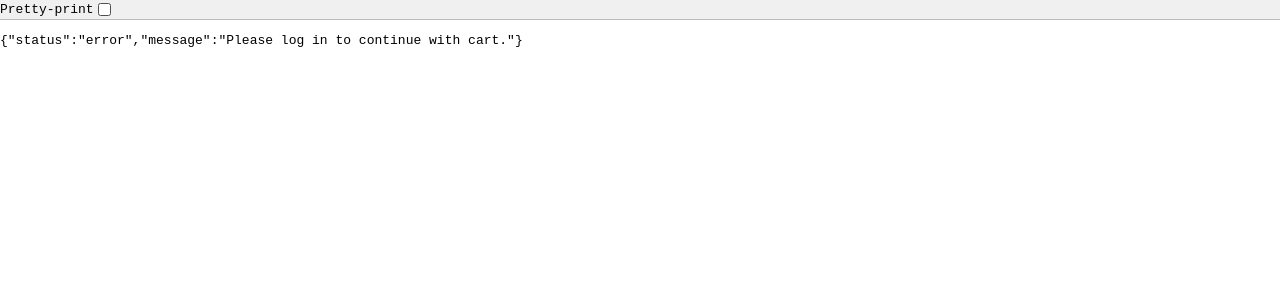
Repository: shrewd-baddest/YOGOBLAST_SERVER-SIDE
Page: http://localhost/Acct.php
An editor plug-in stored every save of this project. The page is shown before and after a run of saves, followed by the edit.
The browser window is 1280 px wide. The pictures show the whole page.
The page is run by PHP 8.4 with error messages shown; the project is at /var/www/html/.

Above is the page before, as saved 2025-06-01 11:45:04.

After the next 2 saves:
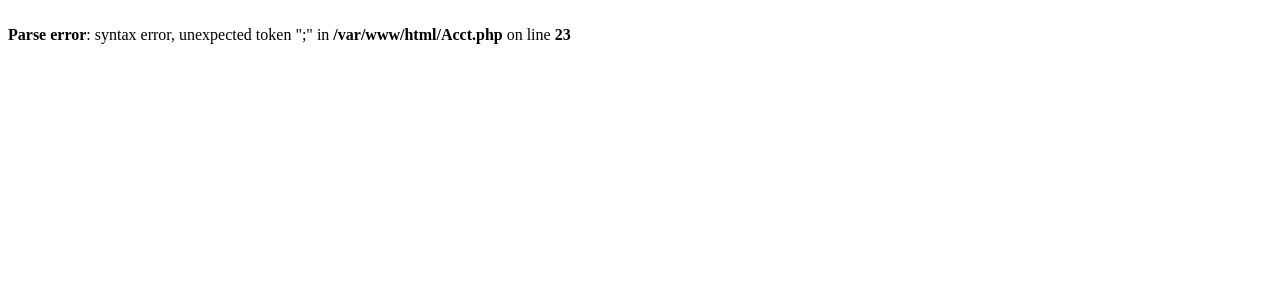
The 2 saves are shown as one change because they came seconds apart.
The last was saved 9 s later.
--- a/Acct.php
+++ b/Acct.php
@@ -18,6 +18,6 @@
     echo json_encode(["status" => "error", "message" => "Please log in to continue with cart."]);
     exit;
 }
-
+$sql=
 
 ?>

After the save that followed:
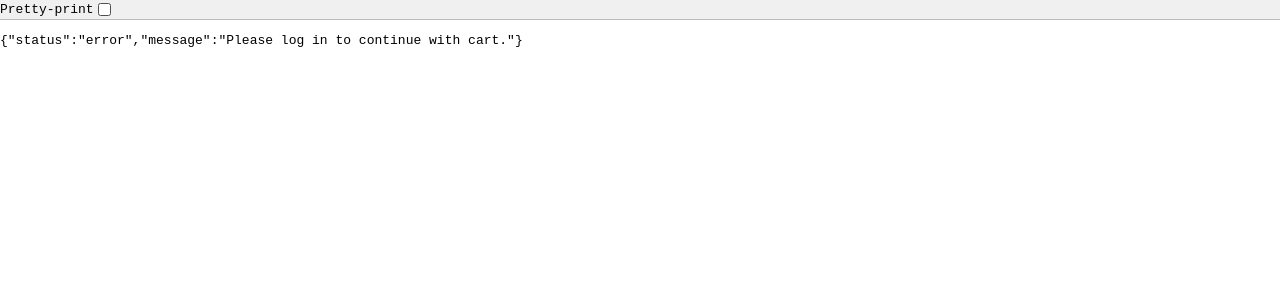
Saved 5 s later.
--- a/Acct.php
+++ b/Acct.php
@@ -18,6 +18,6 @@
     echo json_encode(["status" => "error", "message" => "Please log in to continue with cart."]);
     exit;
 }
-$sql=
+$sql="SELECT * fro"
 
 ?>
